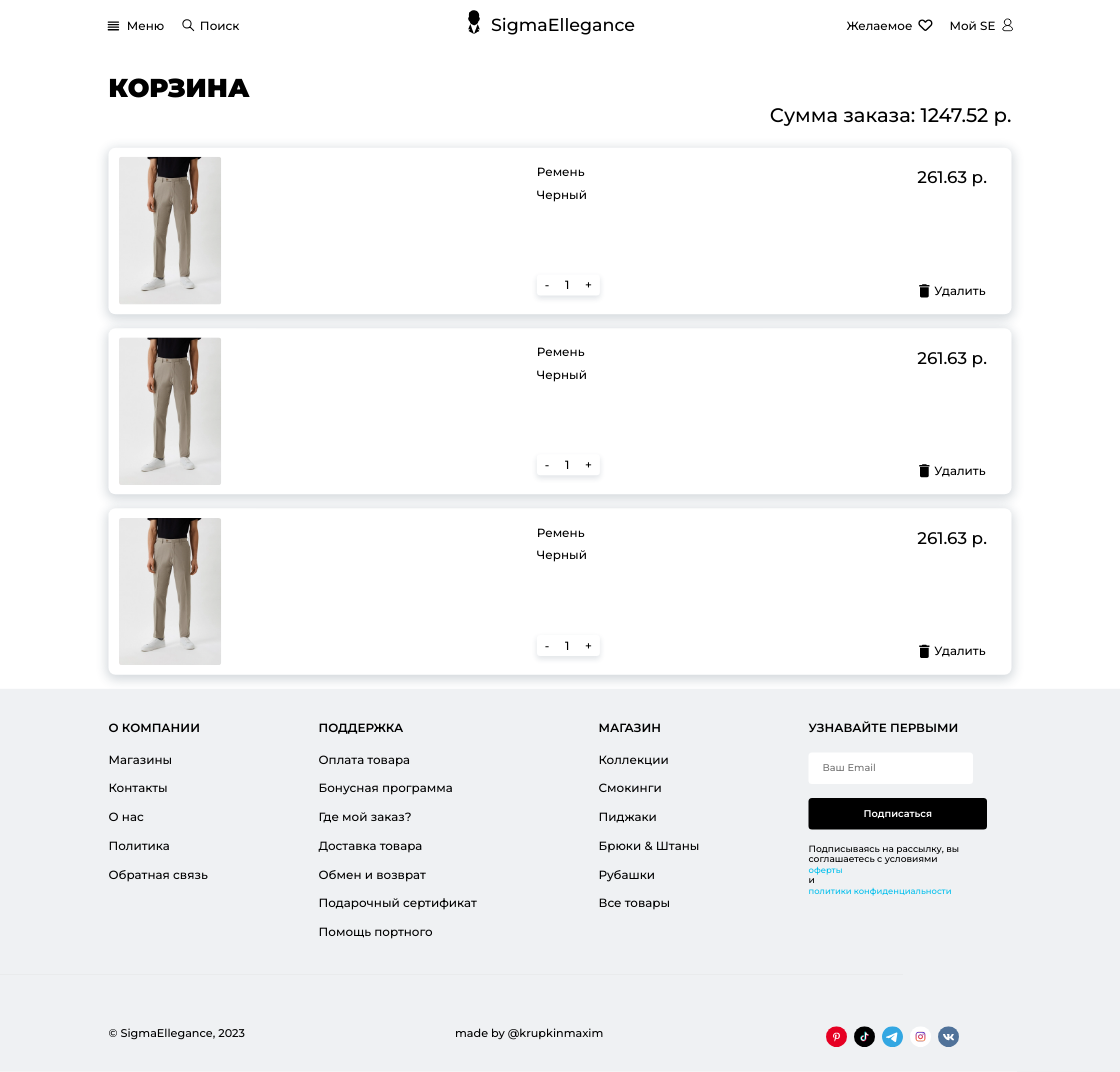
Repository: MaksimKrupkin/SigmaEllegance
Page: /cart
These files come from the project's save history. The page is drawn as it stood at one moment and after a run of saves; the edit follows.
The browser window is 1280 px wide. The page is 1600 px wide, so the pictures cover 1600 px, including what lies to the right of the window. The pictures show the whole page, at 70% of full size.
Some web fonts or font styles are not loaded; a fallback is used. The project was rebuilt for these pictures with package versions that can differ from the ones it lists, and the page was loaded fresh each time. Also part of the build but not shown: src/Components/SideBar/SideBar.module.css, src/Components/SideBar/SideBar.jsx, src/Pages/HomePage.module.css, src/Components/SliderWrapper/SliderWrapper.module.css, src/Components/SliderCard/SliderCard.module.css, src/Components/SliderCard/SliderCard.jsx, src/Components/LeftArrow/LeftArrow.module.css, src/Components/LeftArrow/LeftArrow.jsx and 31 more.

Above is the page before, as saved 2023-12-19 20:18:57.

After the next 2 saves:
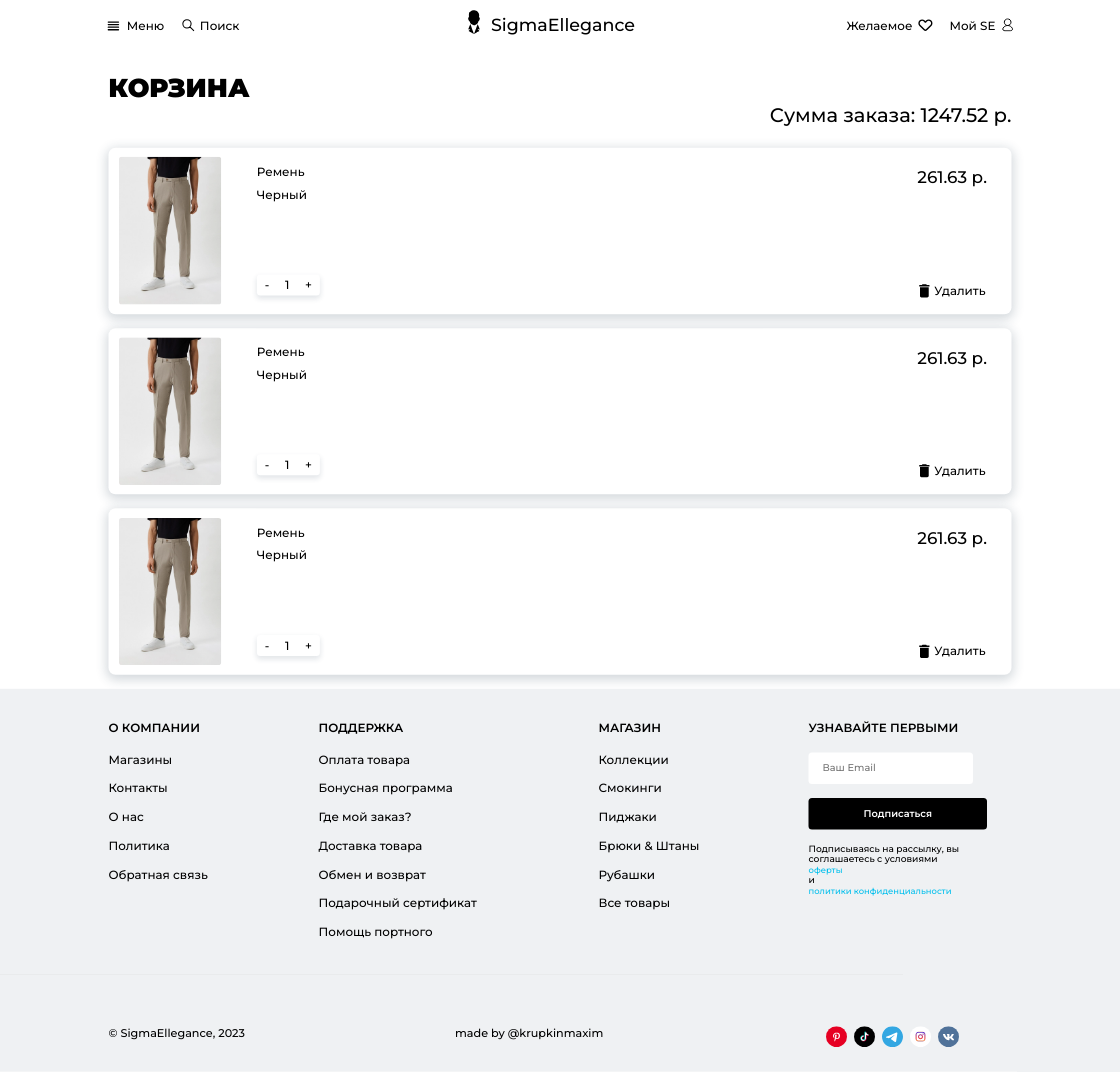
The 2 saves are shown as one change because they came seconds apart.
The last was saved 22 s later.
--- a/src/Pages/Cart/CartGood/CartGood.module.css
+++ b/src/Pages/Cart/CartGood/CartGood.module.css
@@ -22,6 +22,7 @@
   flex-direction: column;
   align-items: space-between;
   gap: 100px;
+  margin-left: -800px;
 }
 .goods_data {
   display: flex;
